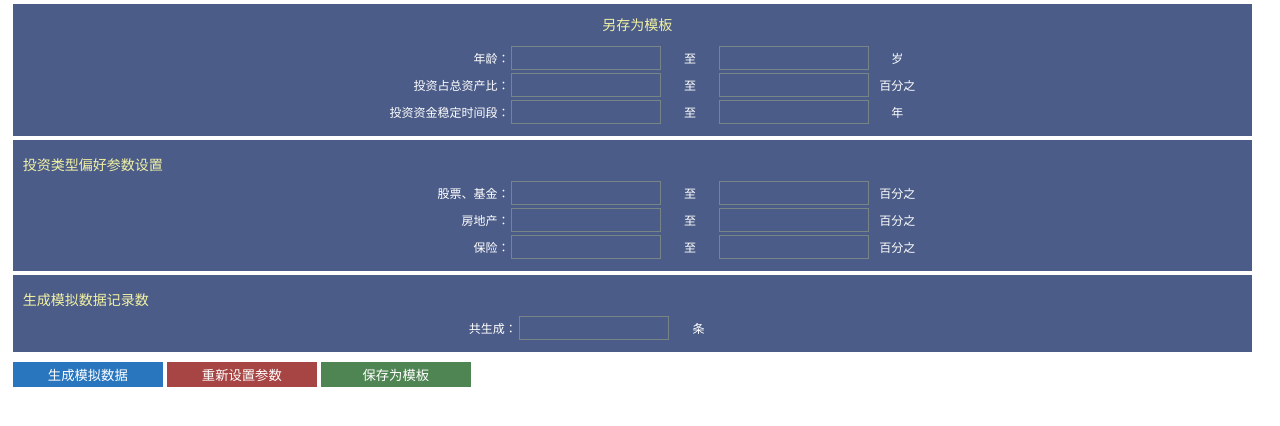
Repository: trieyouth/BigData
Page: http://localhost/BigData/WEB-INF/views/invesr-client-perference-analyse-system/data-collect/saveAsTemplate.jsp
The author's editor kept a copy of each file at every save. The page is drawn from the files as they stood at one save, then again after the next save.
The browser window is 1280 px wide. The pictures show the whole page.
The page is served by Tomcat 9. Nobody is signed in. Other server files are loaded and not shown. The template is opened directly, without the code that normally fills it, so the values that code supplies are empty.

Above is the page before, as saved 2016-03-13 03:29:22.

### BigData/WebRoot/WEB-INF/views/invesr-client-perference-analyse-system/data-collect/saveAsTemplate.jsp
<%@ page language="java" import="java.util.*" contentType="text/html; charset=utf-8" pageEncoding="UTF-8"%>
<%
String path = request.getContextPath();
String basePath = request.getScheme()+"://"+request.getServerName()+":"+request.getServerPort()+path+"/";
%>

<!DOCTYPE HTML PUBLIC "-//W3C//DTD HTML 4.01 Transitional//EN">
<html>
  <head>
    <base href="<%=basePath%>">
    <meta charset="utf-8">
<title>生成模拟数据</title>

	<meta http-equiv="pragma" content="no-cache">
	<meta http-equiv="cache-control" content="no-cache">
	<meta http-equiv="expires" content="0">
	<meta http-equiv="keywords" content="keyword1,keyword2,keyword3">
	<meta http-equiv="description" content="This is my page">
	<!--
	<link rel="stylesheet" type="text/css" href="styles.css">
	-->
<link href="WebView/css/mycss.css" rel="stylesheet" type="text/css"  >
<style>
#lightcolor {
	width: 96%;
	padding-top: 10px;
	padding-bottom: 10px;
	padding-left: 10px;
	margin-left: 1%;
	background-color: #4B5C88;
	border: 0;
}
</style>

  </head>

  <body>
<div style="height:4px; width:100%;"></div>
<form  method="get"  name="simulationDataService" action="EvaluateClientRiskPreferenceDataCollectServlet">

  <!--基本参数设置区域-->

  <div id="lightcolor">
    <div style="height:25px; width:60%; text-align:center;"> <label id="labelhead"><a>另存为模板</a></label></div>

    <div style="height:4px; width:100%;"></div>
    <table frame="void" width = "47%" height="25" >
      <tr>
        <td width="30%"  height="25"  style="text-align:right" ><label id="labelbody" > 年龄： </label></td>
        <td width="25%"  height="25"  ><label id="labelbody" >
            <input  type="text" id="inputwidth" name="minAge" >
          </label></td>
        <!--那么属性为参数名-->
        <td width="10%"  height="25"  style="text-align:center"  ><label id="labelbody" > 至 </label></td>
        <td width="25%"  height="25"  ><label id="labelbody" >
            <input  type="text" id="inputwidth" name="maxAge" >
          </label></td>
        <td width="10%"  height="25"  style="text-align:center"  ><label id="labelbody" >岁 </label></td>
      </tr>
      <tr>
        <td width="30%"  height="25"  style="text-align:right" ><label id="labelbody" > 投资占总资产比： </label></td>
        <td width="25%"  height="25"  ><label id="labelbody" >
            <input  type="text" id="inputwidth" name="minInvestAssetRate" >
          </label></td>
        <td width="10%"  height="25"  style="text-align:center"  ><label id="labelbody" > 至 </label></td>
        <td width="25%"  height="25"  ><label id="labelbody" >
            <input  type="text" id="inputwidth" name="maxInvestAssetRate" >
          </label></td>
        <td width="10%"  height="25"  style="text-align:center"  ><label id="labelbody" >百分之 </label></td>
      </tr>
      <tr>
        <td width="30%"  height="25"  style="text-align:right" ><label id="labelbody" > 投资资金稳定时间段： </label></td>
        <td width="25%"  height="25"  ><label id="labelbody" >
            <input  type="text" id="inputwidth" name="minInvestStabilizePeriod" >
          </label></td>
        <td width="10%"  height="25"  style="text-align:center"  ><label id="labelbody" > 至 </label></td>
        <td width="25%"  height="25"  ><label id="labelbody" >
            <input  type="text" id="inputwidth" name="maxInvestStabilizePeriod" >
          </label></td>
        <td width="10%"  height="25"  style="text-align:center"  ><label id="labelbody" >年 </label></td>
      </tr>
    </table>
  </div>

  <!--开始下一个参数组-->
  <div style="height:4px; width:100%;"></div>
  <div id="lightcolor">
    <div style="height:4px; width:100%;"></div>
    <label  id="labelhead">投资类型偏好参数设置</label>
    <div style="height:4px; width:100%;"></div>
    <table frame="void" width = "47%" height="25" >
      <tr>
        <td width="30%"  height="25"  style="text-align:right" ><label id="labelbody" > 股票、基金： </label></td>
        <td width="25%"  height="25"  ><label id="labelbody" >
            <input  type="text" id="inputwidth" name="minStockFundNum" >
          </label></td>
        <td width="10%"  height="25"  style="text-align:center"  ><label id="labelbody" > 至 </label></td>
        <td width="25%"  height="25"  ><label id="labelbody" >
            <input  type="text" id="inputwidth" name="maxStockFundNum" >
          </label></td>
        <td width="10%"  height="25"  style="text-align:center"  ><label id="labelbody" >百分之 </label></td>
      </tr>
      <tr>
        <td width="30%"  height="25"  style="text-align:right" ><label id="labelbody" > 房地产： </label></td>
        <td width="25%"  height="25"  ><label id="labelbody" >
            <input  type="text" id="inputwidth" name="minEstateNum" >
          </label></td>
        <td width="10%"  height="25"  style="text-align:center"  ><label id="labelbody" > 至 </label></td>
        <td width="25%"  height="25"  ><label id="labelbody" >
            <input  type="text" id="inputwidth" name="maxEstateNum" >
          </label></td>
        <td width="10%"  height="25"  style="text-align:center"  ><label id="labelbody" >百分之 </label></td>
      </tr>
      <tr>
        <td width="30%"  height="25"  style="text-align:right" ><label id="labelbody" > 保险： </label></td>
        <td width="25%"  height="25"  ><label id="labelbody" >
            <input  type="text" id="inputwidth" name="minInsuranceNum" >
          </label></td>
        <td width="10%"  height="25"  style="text-align:center"  ><label id="labelbody" > 至 </label></td>
        <td width="25%"  height="25"  ><label id="labelbody" >
            <input  type="text" id="inputwidth" name="maxInsuranceNum" >
          </label></td>
        <td width="10%"  height="25"  style="text-align:center"  ><label id="labelbody" >百分之 </label></td>
      </tr>
    </table>
  </div>

  <!--开始下一个参数组-->
  <div style="height:4px; width:100%;"></div>
  <div id="lightcolor">
    <div style="height:4px; width:100%;"></div>
    <label  id="labelhead">生成模拟数据记录数</label>
    <div style="height:4px; width:100%;"></div>
    <table frame="void" width = "47%" height="25" >
      <tr>
        <td width="30%"  height="25"  style="text-align:right" ><label id="labelbody" > 共生成： </label></td>
        <td width="25%"  height="25"  ><label id="labelbody" >
            <input  type="text" id="inputwidth" name="generateNums" >
          </label></td>
        <td width="10%"  height="25"  style="text-align:center"  ><label id="labelbody" > 条 </label></td>
        <td width="25%"  height="25"  ></label></td>
        <td width="10%"  height="25"  style="text-align:center"  ></td>
      </tr>
    </table>
  </div>
  <div style="height:10px; width:100%;"></div>
  <!--选择按钮功能-->

  <div id="buttoncon">
    <button name="btnGenerate" type="submit" style="width:150px ;height:25px;background:#2976BE;border:0;color:#FFF;font-family: Microsoft YaHei;">生成模拟数据</button>
    <!--点击此按钮后台获得参数-->
    <button  type="reset" style="width:150px ;height:25px;background:#A74544;border:0;color:#FFF;font-family: Microsoft YaHei;">重新设置参数</button>
    <button name="btnSave"  type="submit" style="width:150px ;height:25px;background:#4F8553;border:0;color:#FFF;font-family: Microsoft YaHei;">保存为模板</button>
  </div>
</form>
  </body>
</html>

### BigData/WebRoot/WEB-INF/resources/css/mycss.css
@charset "utf-8";
/* CSS Document */
*{
	padding:0px;
	margin:0px auto;
	border:0px;
}
#continaer{
	margin: 0px auto;
	width:80%;
	height:750px;
	//min-height:700px;
	background-color:rgb(18,24,48);
	padding:5px;
	border:0;
	}
#header{
	height:20%;
	width:100%;
	margin:0 auto;
	padding:0;
	border:0;
	background-color:rgb(76,93,137);}
    hr{ margin-top:0;
	margin-bottom:0;}

#bod{
	height:80%;
	width:100%;
	margin-top:0%;
	padding:0;
	background-color:rgb(76,93,137);
	}
#leftbody{
	margin:0;
	padding:0;
	border:0;
	width:20%;
	height:100%;
	background-color:rgb(18,24,48);
	float:left;
	}
#rightbody{
	margin:0;
	padding:0;
	border:0;
	width:80%;
	height:100%;
	background-color:rgb(49,69,120);
	float:left;}
#navhead{
	width:100%;
	height:50px;
	border:0;
	margin:0;
	padding:0;
	background:rgb(49,69,120);}

#hrc{
	margin-top:0;}
.nav ul {
	width:100%;
	height: 50px;
	padding: 0;
	margin-top:0;
}
.nav ul li {
	float: left;
	list-style: none;
}
.nav ul li a {
	width: 145px;
	height: 41px;
	line-height: 41px;
	background: rgb(49,69,120);
	color: #000;
	font-size: 14px;
	display: block;
	text-align: center;
	text-decoration: none;
	font-size: 16px;
	font-family:Microsoft YaHei;
	color:#FFF;
}
.nav ul li a:hover {
	width: 145px;
	height: 41px;
	line-height: 41px;
	border: 1px solid rgb(49,69,120);
	color: #000;
}

.meau ul {
	width: 100%;
	padding: 0;
	margin-top: 0;
}
.meau ul li {
	list-style: none;
}
.meau ul li a {
	width: 100%;
	height: 41px;
	line-height: 41px;
	background: rgb(28,40,82);
	color: #000;
	font-size: 14px;
	display: block;
	text-align: center;
	text-decoration: none;
	font-size: 16px;
	font-family: Microsoft YaHei;
	color: #FFF;
}
.meau ul li a:hover {
	width: 100%;
	height: 41px;
	line-height: 41px;
	border: 1px solid rgb(49,69,120);
	color: #FFF;
	background-color: rgb(18,24,48);
}
#lightcolor {
	width: 97%;
	margin-left:1%;
	background-color: #4B5C88;
	padding-top: 10px;
	padding-bottom: 10px;
	padding-left: 10px;
	border: 0;
}

#lighttable {
	width: 96%;

	padding-left:10px;
	margin-left:1%;
	background-color: #4B5C88;
	border:0;
}


#buttoncon{
	width: 97%;
	margin-left:1%;
	padding:0;
	border:0;
}
#labelhead {
	color: #F1F1A4;
	font-size: 14px;
	font-family: Microsoft YaHei;
}
#labelbody {
	color: #FFF;
	font-size: 12px;
	font-family: Microsoft YaHei;
}
/* the style of * */
#labelbody1 {

	font-size: 24px;
	color:red;
}
/*the style of input【text】 */
#inputwidth {
	width: 150px;
	height: 24px;
	background: Transparent;
	border: 1px solid #788587;
}
.cell{
	border-right:#7785A8 solid 1px;
	}

/* the style of Button */
#button1style{
	width:150px ;
	height:25px;
	background:#2976BE;
	border:0;
	color:#FFF;
	font-family: Microsoft YaHei;
}
/* the style of Button */
#button2style{
    width: 150px;
	height: 25px;
	background: #A74544;
	border: 0;
	color: #FFF;
	font-family: Microsoft YaHei;
}
/* the style of Button */
#button3style{
    width:150px ;
    height:25px;
    background:#4F8553;
    border:0;
    color:#FFF;
    font-family: Microsoft YaHei;
}
.submitfile{
	width:150px;
	height:25px;
	background-color:#4F8553;
	color:#FFF;
	margin-left:3px;}
.choicefile{
	width:150px;
	height:25px;
	background-color:#2976BE;
	color:#FFF;
	margin-right:3px;
	}
.filepath{
	width:310px;
	border:1px solid #OFC;
	height:25px;
	line-height:25px;
	overflow:hidden;
	color:#000;}

After the next save:
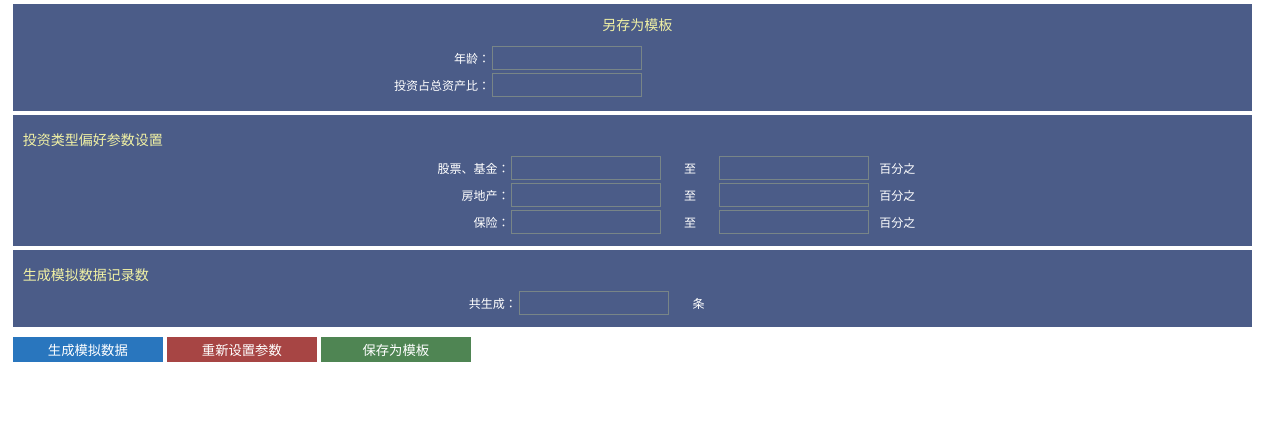
Saved 5 min 18 s later.
--- a/BigData/WebRoot/WEB-INF/views/invesr-client-perference-analyse-system/data-collect/saveAsTemplate.jsp
+++ b/BigData/WebRoot/WEB-INF/views/invesr-client-perference-analyse-system/data-collect/saveAsTemplate.jsp
@@ -41,43 +41,22 @@ String basePath = request.getScheme()+"://"+request.getServerName()+":"+request.
   <!--基本参数设置区域-->
 
   <div id="lightcolor">
-    <div style="height:25px; width:60%; text-align:center;"> <label id="labelhead"><a>另存为模板</a></label></div>
+    <div style="height:25px; width:60%; text-align:center; font-size: 25px;"> <label id="labelhead"><a>另存为模板</a></label></div>
 
     <div style="height:4px; width:100%;"></div>
-    <table frame="void" width = "47%" height="25" >
+    <table frame="void" width = "60%" height="25" >
       <tr>
         <td width="30%"  height="25"  style="text-align:right" ><label id="labelbody" > 年龄： </label></td>
-        <td width="25%"  height="25"  ><label id="labelbody" >
-            <input  type="text" id="inputwidth" name="minAge" >
-          </label></td>
-        <!--那么属性为参数名-->
-        <td width="10%"  height="25"  style="text-align:center"  ><label id="labelbody" > 至 </label></td>
-        <td width="25%"  height="25"  ><label id="labelbody" >
-            <input  type="text" id="inputwidth" name="maxAge" >
-          </label></td>
-        <td width="10%"  height="25"  style="text-align:center"  ><label id="labelbody" >岁 </label></td>
+        <td width="70%"  height="25"  ><label id="labelbody" >
+            <input  type="text" id="inputwidth" name="minAge" >  </label></td>
       </tr>
       <tr>
         <td width="30%"  height="25"  style="text-align:right" ><label id="labelbody" > 投资占总资产比： </label></td>
-        <td width="25%"  height="25"  ><label id="labelbody" >
-            <input  type="text" id="inputwidth" name="minInvestAssetRate" >
-          </label></td>
-        <td width="10%"  height="25"  style="text-align:center"  ><label id="labelbody" > 至 </label></td>
-        <td width="25%"  height="25"  ><label id="labelbody" >
-            <input  type="text" id="inputwidth" name="maxInvestAssetRate" >
-          </label></td>
-        <td width="10%"  height="25"  style="text-align:center"  ><label id="labelbody" >百分之 </label></td>
+        <td width="70%"  height="25"  ><label id="labelbody" >
+            <input  type="text" id="inputwidth" name="minInvestAssetRate" > </label></td>
       </tr>
       <tr>
-        <td width="30%"  height="25"  style="text-align:right" ><label id="labelbody" > 投资资金稳定时间段： </label></td>
-        <td width="25%"  height="25"  ><label id="labelbody" >
-            <input  type="text" id="inputwidth" name="minInvestStabilizePeriod" >
-          </label></td>
-        <td width="10%"  height="25"  style="text-align:center"  ><label id="labelbody" > 至 </label></td>
-        <td width="25%"  height="25"  ><label id="labelbody" >
-            <input  type="text" id="inputwidth" name="maxInvestStabilizePeriod" >
-          </label></td>
-        <td width="10%"  height="25"  style="text-align:center"  ><label id="labelbody" >年 </label></td>
+        <td colspan="2"></td>
       </tr>
     </table>
   </div>
